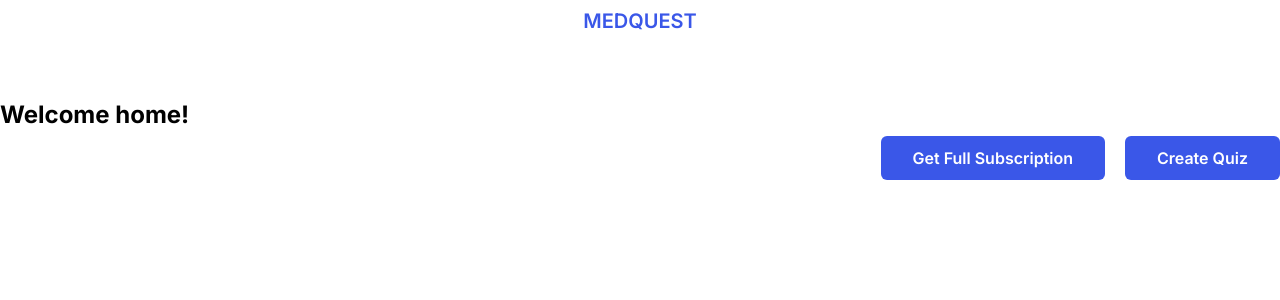
Repository: softmindsol/mediquest-FE
Page: /landing-page
An editor plug-in stored every save of this project. The page is shown before and after a run of saves, followed by the edit.
The browser window is 1280 px wide. The pictures show the whole page.
The page's requests for data from a server got no answer. The project was rebuilt for these pictures with package versions that can differ from the ones it lists, and the page was loaded fresh each time. No one was signed in, and anything a server would have sent is missing. Also part of the build but not shown: vite.config.js, src/components/Button.jsx, src/components/Footer.jsx, src/schema/auth.schema.js, src/pages/authentication/Login.jsx, src/pages/authentication/SignUp.jsx, src/components/Notification/index.jsx, src/pages/email-confirmation/EmailConfirmation.jsx and 24 more.

Above is the page before, as saved 2024-10-28 15:40:24.

### src/main.jsx
import { StrictMode } from "react";
import { createRoot } from "react-dom/client";
import { Toaster } from "react-hot-toast";
import { Provider } from "react-redux";
import App from "./App.jsx";
import "./index.css";
import store from "./store/index.js";

createRoot(document.getElementById("root")).render(
  <StrictMode>
    <Provider store={store}>
      <Toaster
        position="top-right"
        toastOptions={{
          duration: 4000,
          style: {
            padding: "16px",
            color: "#343A40",
          },
        }}
      />
      <App />
    </Provider>
  </StrictMode>
);

### src/App.jsx
import React, { useEffect } from "react";
import {
  BrowserRouter as Router,
  Routes,
  Route,
  Navigate,
} from "react-router-dom";
import { useDispatch, useSelector } from "react-redux"; // Import useSelector
import Login from "./pages/authentication/Login";
import SignUp from "./pages/authentication/SignUp";
import EmailConfirmation from "./pages/email-confirmation/EmailConfirmation";
import Home from "./pages/Home/Home";
import Question from "./pages/questionstemplate/Questions";
import Settings from "./pages/settings/settings";
import Subscription from "./pages/subscription/Subscription";
import Topic from "./pages/Topic/Topic";
import ProtectedRoute from "./components/ProtectedRoute";
import { verifyToken } from "./store/features/auth/auth.service";
import VerifyEmail from "./pages/authentication/VerifyEmail";
import NonProtectedRoute from "./components/NonProtectedRoute";
import SummaryPage from "./pages/summary/Summary";
import ErrorPage from "./pages/ErrorPage";
import LandingPage from "./pages/landingpage/LandingPage";

function App() {
  const dispatch = useDispatch();
  const isLoggedIn = useSelector((state) => state?.user?.isLoggedIn);

  useEffect(() => {
    if (!isLoggedIn) {
      dispatch(verifyToken());
    }
  }, [dispatch, isLoggedIn]);

  return (
    <Router>
      <Routes>
        <Route
          path="/log-in"
          element={
            <NonProtectedRoute>
              <Login />
            </NonProtectedRoute>
          }
        />
        <Route
          path="/sign-up"
          element={
            <NonProtectedRoute>
              <SignUp />
            </NonProtectedRoute>
          }
        />
        <Route
          path="/email-confirmation"
          element={
            <NonProtectedRoute>
              <EmailConfirmation />
            </NonProtectedRoute>
          }
        />

        <Route
          path="/"
          element={
            <ProtectedRoute>
              <Home />
            </ProtectedRoute>
          }
        />
        <Route
          path="/question-bank"
          element={
            <ProtectedRoute>
              <Topic />
            </ProtectedRoute>
          }
        />
        <Route
          path="/verify-email/:verificationToken"
          element={<VerifyEmail />}
        />
        <Route
          path="/settings"
          element={
            <ProtectedRoute>
              <Settings />
            </ProtectedRoute>
          }
        />
        <Route
          path="/subscription"
          element={
            <ProtectedRoute>
              <Subscription />
            </ProtectedRoute>
          }
        />
        <Route
          path="/question"
          element={
            <ProtectedRoute>
              <Question />
            </ProtectedRoute>
          }
        />
        <Route path="/summary" element={<SummaryPage />} />
        <Route path="/landing-page" element={<LandingPage />} />


        <Route path="*" element={<ErrorPage />} />
      </Routes>
    </Router>
  );
}

export default App;

### src/store/index.js
import { configureStore } from "@reduxjs/toolkit";
import authSlice from "./features/auth/auth.slice";
const store = configureStore({
  reducer: {
    user: authSlice,
  },
});

export default store;

### src/pages/subscription/Subscription.jsx
import { useState } from "react";
import { Description, Dialog, Radio, RadioGroup } from "@headlessui/react";
import { Bars3Icon, XMarkIcon } from "@heroicons/react/24/outline";
import Header from "../../components/Header";
import Footer from "../../components/Footer";
import { HiMiniCheckBadge } from "react-icons/hi2";
import CancellationPolicy from "../../components/CancellationPolicy";

const pricing = {
  frequencies: [
    { value: "monthly", label: "Monthly", priceSuffix: "/month" },
    { value: "yearly", label: "Yearly", priceSuffix: "/year" },
  ],
  tiers: [
    {
      name: "Compare plans",
      Description: "Choose your plan according to your needs",
      id: "tier-comparison",
      features: [
        { name: "Number of Questions" },
        { name: "Monthly Test Creation" },
        { name: "Performance Analytics" },
        { name: "Timed Test Mode" },
        { name: "University-Specific Questions" },
        { name: "24/7 customer support" },
      ],
      isComparison: true,
    },
    {
      name: "Free",
      id: "tier-free",
      price: { monthly: "0", yearly: "0" },
      yearlyPriceSuffix: "MAD",
      features: [
        { name: "4000+ Questions" },
        { name: "Up to 10 (100 Qs max per test)" },
        { name: "—" },
        { name: "—" },
        { name: "—" },
        { name: "—" },
      ],
      buttonText: "Already on this plan",
      buttonDisabled: true,
    },
    {
      name: "Basic",
      id: "tier-basic",
      price: { monthly: "169", yearly: "99" },
      yearlyPriceSuffix: "MAD",
      features: [
        {
          name: (
            <>
              <div>40,000+ Questions</div>
              <div style={{ color: "#858BA0" }}>Pages Add-ons on Demand</div>
            </>
          ),
        },
        { name: "Unlimited" },
        {
          name: (
            <>
              <div>General rankings</div>
              <div>Weekly, Monthly, Semester</div>
            </>
          ),
        },
        {
          name: (
            <HiMiniCheckBadge
              size={22}
              style={{ color: "#3A57E8", margin: "auto" }}
            />
          ),
        },
        { name: "—" },
        { name: "—" },
      ],
      buttonText: "Choose This Plan",
      buttonDisabled: false,
    },
    {
      name: "Pro",
      id: "tier-pro",
      price: { monthly: "319", yearly: "199" },
      yearlyPriceSuffix: "MAD",
      features: [
        {
          name: (
            <>
              <div>80,000+ Questions</div>
              <div style={{ color: "#858BA0" }}>Pages Add-ons on Demand</div>
            </>
          ),
        },
        { name: "Unlimited" },
        {
          name: (
            <>
              <div>Rankings by school and topic</div>
              <div>Weekly, Monthly, Semester</div>
            </>
          ),
        },
        {
          name: (
            <HiMiniCheckBadge
              size={22}
              style={{ color: "#3A57E8", margin: "auto" }}
            />
          ),
        },
        {
          name: (
            <HiMiniCheckBadge
              size={22}
              style={{ color: "#3A57E8", margin: "auto" }}
            />
          ),
        },
        {
          name: (
            <HiMiniCheckBadge
              size={22}
              style={{ color: "#3A57E8", margin: "auto" }}
            />
          ),
        },
      ],
      buttonText: "Choose This Plan",
      buttonDisabled: false,
    },
  ],
};

function classNames(...classes) {
  return classes.filter(Boolean).join(" ");
}

const Subscription = () => {
  const [frequency, setFrequency] = useState(pricing.frequencies[0]);

  return (
    <>
      <Header />
      <div className="bg-gray-900">
        <main>
          {/* Pricing section */}
          <div className="mx-auto mt-12 max-w-screen-xl px-6 lg:px-8">
            <div className="mx-auto max-w-4xl text-center">
              <h1 className="text-title-lg font-semibold text-[#3A57E8]">
                Choose Your Plan
              </h1>
            </div>

            <div className="mt-7 flex justify-center">
              <fieldset aria-label="Payment frequency">
                <RadioGroup
                  value={frequency}
                  onChange={setFrequency}
                  className="grid grid-cols-2 gap-x-1 border rounded-md border-[#3A57E8]"
                >
                  {pricing.frequencies.map((option) => (
                    <Radio
                      key={option.value}
                      value={option}
                      className="cursor-pointer px-8 py-3 data-[checked]:bg-[#3A57E8] data-[checked]:text-white text-title-p font-semibold text-[#3A57E8]"
                    >
                      {option.label}
                    </Radio>
                  ))}
                </RadioGroup>
              </fieldset>
            </div>

            <div className="max-w-screen-xl mx-auto py-6 my-10 overflow-x-auto">
              <table className="min-w-full border-collapse border border-[#E6E9F5]">
                <thead>
                  <tr>
                    {pricing?.tiers?.map((tier) => (
                      <th
                        key={tier.id}
                        className="bg-gray-200 border border-[#E6E9F5]"
                        style={{
                          width: "calc(100% / " + pricing.tiers.length + ")",
                        }}
                      >
                        <div className="p-8">
                          <div
                            className={classNames(
                              tier.name === "Compare plans"
                                ? "font-bold text-[#3A57E8] lg:text-title-md text-left"
                                : "text-[#3A57E8] font-bold lg:text-[40px] text-center"
                            )}
                          >
                            {tier.name}
                          </div>
                          <div className="text-[#858BA0] text-[14px] font-medium text-left">
                            {tier.Description}
                          </div>
                          {tier.isComparison ? null : (
                            <div>
                              <p className="flex justify-center text-[#858BA0] font-medium items-center gap-2 my-4">
                                <span className="text-[14px]">
                                  {tier.yearlyPriceSuffix}
                                </span>
                                <span className="flex items-start justify-start lg:text-[32px]">
                                  {tier.price[frequency.value]}
                                </span>

                                <span>
                                  {pricing.frequencies[0].priceSuffix}
                                </span>
                              </p>

                              <button
                                className={`mt-2 py-2 px-4 rounded ${
                                  tier.buttonDisabled
                                    ? "bg-[#939393] text-white cursor-not-allowed"
                                    : "bg-[#3A57E8] text-white "
                                }`}
                                disabled={tier.buttonDisabled}
                              >
                                {tier.buttonText}
                              </button>
                            </div>
                          )}
                        </div>
                      </th>
                    ))}
                  </tr>
                </thead>

                <tbody>
                  {pricing.tiers[0].features.map((feature, index) => (
                    <tr key={index} className="border border-[#E6E9F5]">
                      {pricing.tiers.map((tier) => (
                        <td
                          key={tier.id}
                          className={classNames(
                            "border font-medium text-[#3A57E8] text border-[#E6E9F5] p-7",
                            tier.name === "Compare plans"
                              ? "font-medium text-[#3A57E8] text-title-xsm text-lest"
                              : "text-[#3A57E8] font-medium text-[14px] text-center"
                          )}
                          style={{
                            width: "calc(100% / " + pricing.tiers.length + ")",
                          }}
                        >
                          {tier.isComparison
                            ? feature.name
                            : tier.features[index].name}
                        </td>
                      ))}
                    </tr>
                  ))}
                </tbody>
              </table>
            </div>
          </div>
        </main>
      </div>
      <CancellationPolicy />
      <Footer />
    </>
  );
};

export default Subscription;

### src/store/features/auth/auth.service.js
import { createAsyncThunk } from "@reduxjs/toolkit";
import toast from "react-hot-toast";
import { apiClient, axiosWithoutToken } from "../../../api";

export const registerUser = createAsyncThunk(
  "registerUser",
  async (data, { rejectWithValue }) => {
    try {
      const response = await apiClient.post("/auth/register", data);

      console.log("Hello", response.data);

      toast.success(response?.data?.message);
      return response.data;
    } catch (error) {
      if (error) {
        toast.error(error?.response?.data?.error);
        return rejectWithValue(error);
      }
    }
  }
);

export const resendMail = createAsyncThunk(
  "resendMail",
  async (id, { rejectWithValue }) => {
    try {
      const response = await apiClient.post(`/auth/resend-mail/${id}`);
      return response.data;
    } catch (error) {
      if (error) {
        return rejectWithValue(error);
      }
    }
  }
);

export const checkMail = createAsyncThunk(
  "checkMail",
  async (id, { rejectWithValue }) => {
    try {
      const response = await apiClient.get(`/auth/check-email/${id}`);

      console.log(response.data);

      return response.data;
    } catch (error) {
      if (error) {
        return rejectWithValue(error);
      }
    }
  }
);

export const loginUser = createAsyncThunk(
  "loginUser",
  async (data, { rejectWithValue }) => {
    try {
      const response = await apiClient.post("/auth/login", data);

      console.log("Hello", response.data);

      toast.success(response?.data?.message);
      return response.data;
    } catch (error) {
      if (error) {
        toast.error(error?.response?.data?.error);
        return rejectWithValue(error);
      }
    }
  }
);

export const changePassword = createAsyncThunk(
  "changePassword",
  async (data, { rejectWithValue }) => {
    try {
      const response = await axiosWithoutToken.post(
        "/users/changePassword",
        data
      );

      toast.success(response?.data?.message);
      return response.data;
    } catch (error) {
      if (error) {
        toast.error(error?.response?.data?.error);
        return rejectWithValue(error);
      }
    }
  }
);

export const logout = createAsyncThunk(
  "logout",
  async (_, { rejectWithValue }) => {
    try {
      const response = await axiosWithoutToken.post("/auth/logout");

      console.log(response.data);

      toast.success(response?.data?.message);
      return response.data;
    } catch (error) {
      if (error) {
        toast.error(error?.response?.data?.error || "Error occured");
        return rejectWithValue(error);
      }
    }
  }
);

export const verifyToken = createAsyncThunk(
  "auth/verifyToken",
  async (_, { rejectWithValue }) => {
    try {
      const response = await axiosWithoutToken.get("/auth/verify-token");

      console.log(response?.data);

      return response?.data?.data?.isLoggedIn;
    } catch (error) {
      console.error("Token verification failed:", error);
      return rejectWithValue(error);
    }
  }
);

export const getCurrentUser = createAsyncThunk(
  "getCurrentUser",
  async (_, { rejectWithValue }) => {
    try {
      const res = await axiosWithoutToken("/auth/getCurrentUser");

      console.log(res.data);
      return res.data.data;
    } catch (error) {
      console.error("Token verification failed:", error);
      return rejectWithValue(error);
    }
  }
);

### src/pages/landingpage/LandingPage.jsx
import React from "react";
import Breadcrumb from "../../components/Breadcrumbs/Breadcrumb";
import DefaultLayout from "../../layouts/DefaultLayout";
import { Link } from "react-router-dom";
import RecentTests from "../../components/RecentTests";
import Progress from "../../components/Progress";
import { useSelector } from "react-redux";
import Header from "../../components/Header";

const LandingPage = () => {
  const isLoggedIn = useSelector((state) => state?.user?.isLoggedIn); // Ensure proper path to user state
  console.log("🚀 ~ Home ~ isLoggedIn:", isLoggedIn);

  return (
    <>
              <Header />

      <Breadcrumb pageName="Welcome home!" />
      <div className="flex justify-end gap-5 mb-8">
        <Link to="/subscription">
          <button className="bg-[#3A57E8] font-semibold text-title-p text-white py-[10px] px-8 rounded-[6px]">
            Get Full Subscription
          </button>
        </Link>
        <Link to="/topic">
          <button className="bg-[#3A57E8] font-semibold text-title-p text-white py-[10px] px-8 rounded-[6px]">
            Create Quiz
          </button>
        </Link>
      </div>
    </>
  );
};

export default LandingPage;

### src/store/features/auth/auth.slice.js
import { createSlice } from "@reduxjs/toolkit";
import {
  changePassword,
  getCurrentUser,
  loginUser,
  logout,
  registerUser,
  verifyToken,
} from "./auth.service";
const initialState = {
  user: null,
  isLoading: false,
  error: null,
  isLoggedIn: false,
  selectedUser: {},
};

const authSlice = createSlice({
  name: "user",
  initialState,

  extraReducers: (builder) => {
    builder
      .addCase(registerUser.pending, (state) => {
        state.isLoading = true;
        state.error = null;
      })
      .addCase(registerUser.fulfilled, (state, action) => {
        state.user = action.payload;
        state.isLoading = false;
      })
      .addCase(registerUser.rejected, (state, action) => {
        state.isLoading = false;

        state.error = action.payload;
      })
      .addCase(verifyToken.pending, (state) => {
        state.isLoading = true;
        state.error = null;
      })
      .addCase(verifyToken.fulfilled, (state, action) => {
        state.isLoggedIn = action.payload;
        localStorage.setItem("isLoggedIn", action.payload);
        state.isLoading = false;
      })
      .addCase(verifyToken.rejected, (state, action) => {
        state.isLoading = false;
        state.isLoggedIn = false;
        localStorage.removeItem("isLoggedIn");
        state.error = action.payload;
      })

      .addCase(logout.pending, (state) => {
        state.isLoading = true;
        state.error = null;
      })
      .addCase(logout.fulfilled, (state, action) => {
        state.user = null;
        localStorage.removeItem("isLoggedIn");
        state.isLoggedIn = false;
        state.isLoading = false;
      })
      .addCase(logout.rejected, (state, action) => {
        state.isLoading = false;
        state.isLoggedIn = false;
        state.error = action.payload;
      })
      .addCase(loginUser.pending, (state) => {
        state.isLoading = true;
        state.error = null;
      })
      .addCase(loginUser.fulfilled, (state, action) => {
        state.isLoggedIn = true;
        localStorage.setItem("isLoggedIn", true);
        state.isLoading = false;
      })
      .addCase(loginUser.rejected, (state, action) => {
        state.isLoading = false;
        state.error = action.payload;
      })

      .addCase(getCurrentUser.pending, (state) => {
        state.error = null;
      })
      .addCase(getCurrentUser.fulfilled, (state, action) => {
        state.selectedUser = action.payload;
      })
      .addCase(getCurrentUser.rejected, (state, action) => {
        state.error = action.payload;
      });
  },
});

export default authSlice.reducer;

### src/components/Header.jsx
import React from "react";

const Header = () => {
  return (
    <div className="py-2 m-auto text-center">
      <p className="text-title-sm font-semibold text-[#3A57E8]">MEDQUEST</p>
    </div>
  );
};

export default Header;

### src/components/Breadcrumbs/Breadcrumb.jsx
import { Link } from 'react-router-dom';
import PropTypes from 'prop-types';

const Breadcrumb = ({ pageName }) => {
  return (
    <div className="flex flex-col gap-3 sm:flex-row sm:items-center sm:justify-between">
      <h2 className="text-title-md font-bold text-black-2 mt-13">
        {pageName}
      </h2>

      {/* <nav>
        <ol className="flex items-center gap-2">
          <li>
            <Link className="font-medium" to="/">
              Dashboard /
            </Link>
          </li>
          <li className="font-medium text-[#464E5F]">{pageName}</li>
        </ol>
      </nav> */}
    </div>
  );
};

Breadcrumb.propTypes = {
  pageName: PropTypes.string.isRequired,
};

export default Breadcrumb;

### src/api/index.js
import axios from "axios";
import toast from "react-hot-toast";
import { Navigate } from "react-router-dom";

const apiClient = axios.create({
  baseURL: import.meta.env.VITE_API_URL,
  withCredentials: true,
});

const axiosWithoutToken = axios.create({
  baseURL: import.meta.env.VITE_API_URL,
  withCredentials: true,
});

axiosWithoutToken.interceptors.response.use(
  (response) => {
    // Return response if successful
    return response;
  },
  async (error) => {
    const { response } = error;

    if (response && response.data.error === "jwt expired") {
      // Dispatch verifyToken action when a 401 status is received
      await toast.error("Session expired. Please log in again.");
      localStorage.removeItem("isLoggedIn");
      // Redirect to the login page
      setTimeout(() => {
        window.location.href = `${import.meta.env.VITE_FRONTENT_URL}/log-in`;
      }, 1000);
    }

    return Promise.reject(error);
  }
);

// axiosWithoutToken.interceptors.response.use(
//   (response) => response,
//   async (error) => {
//     const originalRequest = error.config;

//     if (
//       error.response &&
//       error.response.status === 401 &&
//       !originalRequest._retry
//     ) {
//       originalRequest._retry = true;

//       try {
//         const response = await axiosWithoutToken.post("/refreshAccessToken");

//         const { accessToken } = response.data;
//         // originalRequest.headers["Authorization"] = `Bearer ${accessToken}`;

//         // Retry the original request with the new access token
//         return axiosWithoutToken(originalRequest);
//       } catch (err) {
//         // Handle errors from the refresh token request
//         return Promise.reject(err);
//       }
//     }

//     // If the error is not due to an expired token, reject the Promise
//     return Promise.reject(error);
//   }
// );

export { axiosWithoutToken, apiClient };

Loaded but not shown: index.html (common file); src/index.css (common file); tailwind.config.js (261 lines, source omitted)

After the next 2 saves:
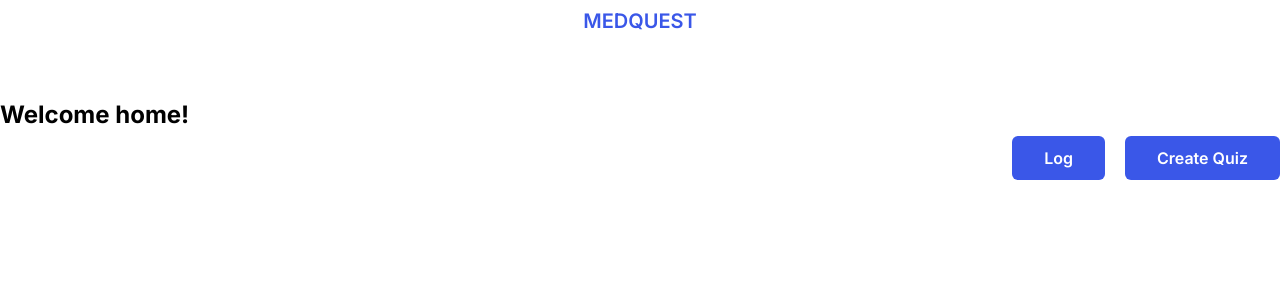
The 2 saves are shown as one change because they came seconds apart.
The last was saved 69 s later.
--- a/src/pages/landingpage/LandingPage.jsx
+++ b/src/pages/landingpage/LandingPage.jsx
@@ -19,7 +19,7 @@
       <div className="flex justify-end gap-5 mb-8">
         <Link to="/subscription">
           <button className="bg-[#3A57E8] font-semibold text-title-p text-white py-[10px] px-8 rounded-[6px]">
-            Get Full Subscription
+           Log
           </button>
         </Link>
         <Link to="/topic">
